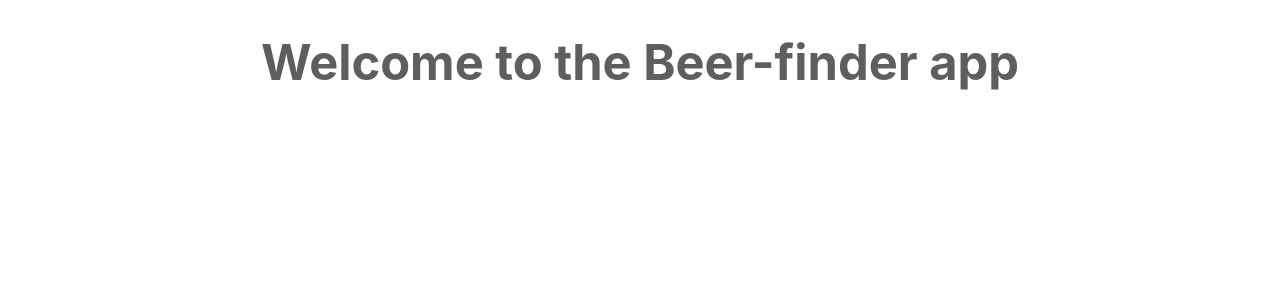
Repository: marcinszymaszek/beer-finder
Page: /
The author's editor kept a copy of each file at every save. The page is drawn from the files as they stood at one save, then again after the next save.
The browser window is 1280 px wide. The pictures show the whole page.
The project was rebuilt for these pictures with package versions that can differ from the ones it lists, and the page was loaded fresh each time.

Above is the page before, as saved 2020-05-10 20:06:43.

### public/index.html
<!DOCTYPE html>
<html lang="en">
  <head>
    <meta charset="utf-8" />
    <link rel="icon" href="%PUBLIC_URL%/favicon.ico" />
    <meta name="viewport" content="width=device-width, initial-scale=1" />
    <meta name="theme-color" content="#000000" />
    <meta
      name="description"
      content="Web site created using create-react-app"
    />
    <link rel="apple-touch-icon" href="%PUBLIC_URL%/logo192.png" />
    <!--
      manifest.json provides metadata used when your web app is installed on a
      user's mobile device or desktop. See https://developers.google.com/web/fundamentals/web-app-manifest/
    -->
    <link rel="manifest" href="%PUBLIC_URL%/manifest.json" />
    <!--
      Notice the use of %PUBLIC_URL% in the tags above.
      It will be replaced with the URL of the `public` folder during the build.
      Only files inside the `public` folder can be referenced from the HTML.

      Unlike "/favicon.ico" or "favicon.ico", "%PUBLIC_URL%/favicon.ico" will
      work correctly both with client-side routing and a non-root public URL.
      Learn how to configure a non-root public URL by running `npm run build`.
    -->
    <title>Beer-finder App</title>
  </head>
  <body>
    <noscript>You need to enable JavaScript to run this app.</noscript>
    <div id="root"></div>
    <!--
      This HTML file is a template.
      If you open it directly in the browser, you will see an empty page.

      You can add webfonts, meta tags, or analytics to this file.
      The build step will place the bundled scripts into the <body> tag.

      To begin the development, run `npm start` or `yarn start`.
      To create a production bundle, use `npm run build` or `yarn build`.
    -->
  </body>
</html>

### src/index.js
import React from 'react';
import ReactDOM from 'react-dom';
import './index.css';
import App from './components/main/App';
import * as serviceWorker from './serviceWorker';

ReactDOM.render(
  <React.StrictMode>
    <App />
  </React.StrictMode>,
  document.getElementById('root')
);

// If you want your app to work offline and load faster, you can change
// unregister() to register() below. Note this comes with some pitfalls.
// Learn more about service workers: https://bit.ly/CRA-PWA
serviceWorker.unregister();

### src/components/main/App.js
import React, { useState, useEffect } from 'react';
import './App.css';

const App = () => {

  return (
    <div className="main-container">
      <h1 className="app-title">Welcome to the Beer-finder app</h1>
    </div>
  );
}

export default App;

### src/components/main/App.css
.main-container {
  text-align: center;
  min-height: 100vh;
  display: flex;
  flex-direction: column;
  font-size: calc(10px + 2vmin);
  color: #5e5e5e;
}

Loaded but not shown: src/index.css (common file); src/serviceWorker.js (common file)

After the next save:
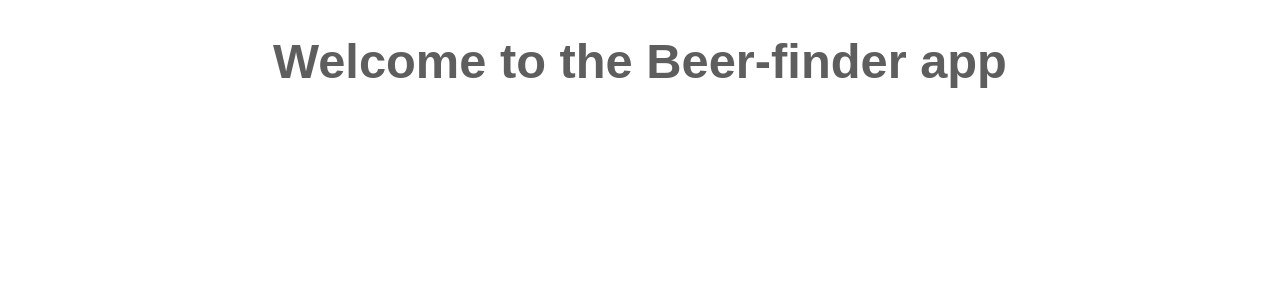
Saved 11 s later.
--- a/src/components/main/App.css
+++ b/src/components/main/App.css
@@ -5,4 +5,5 @@
   flex-direction: column;
   font-size: calc(10px + 2vmin);
   color: #5e5e5e;
+  font-family: Arial, Helvetica, sans-serif;
 }
